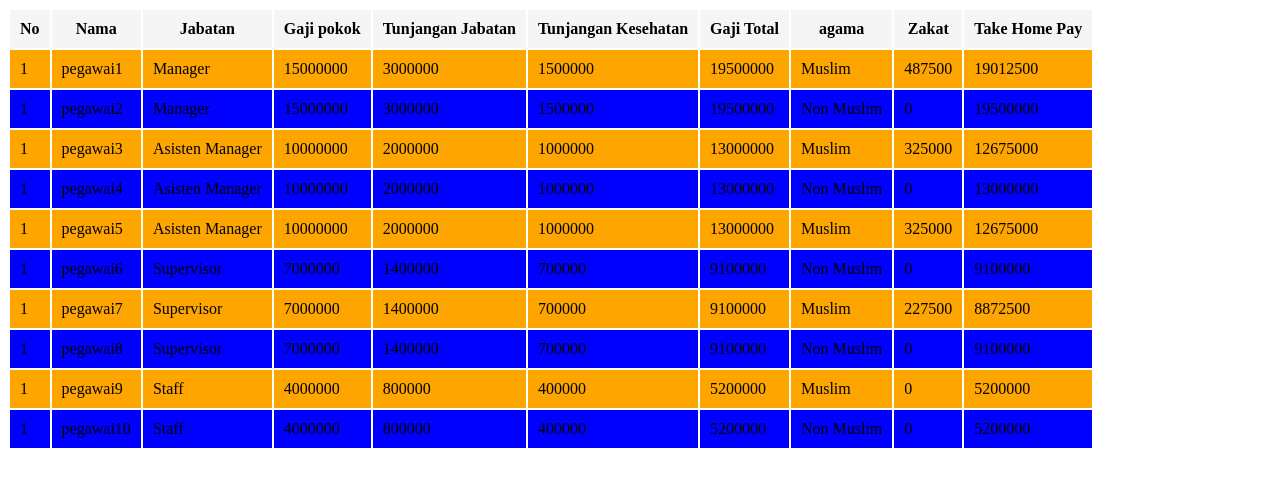
Repository: AHSANS354/Tugas-MSIB-5-GitHub
Page: tugasper3js.html
These files come from the project's save history. The page is drawn as it stood at one moment and after the next save; the edit follows.
The browser window is 1280 px wide. The pictures show the whole page.

Above is the page before, as saved 2023-09-10 13:43:12.

### tugasper3js.html
<style>
  th,
  td {
    padding: 10px;
  }
</style>
<table>
  <thead>
    <tr bgcolor="whitesmoke">
      <th>No</th>
      <th>Nama</th>
      <th>Jabatan</th>
      <th>Gaji pokok</th>
      <th>Tunjangan Jabatan</th>
      <th>Tunjangan Kesehatan</th>
      <th>Gaji Total</th>
      <th>agama</th>
      <th>Zakat</th>
      <th>Take Home Pay</th>
    </tr>
  </thead>
  <tbody>
    <script>
      let pegawai = ["pegawai1", "pegawai2", "pegawai3", "pegawai4", "pegawai5", "pegawai6", "pegawai7", "pegawai8", "pegawai9", "pegawai10"];

      for (var i = 0; i < pegawai.length; i++) {
        if (pegawai[i] == "pegawai1" || pegawai[i] == "pegawai2") jabatan = "Manager";
        else if (pegawai[i] == "pegawai3" || pegawai[i] == "pegawai4" || pegawai[i] == "pegawai5") jabatan = "Asisten Manager";
        else if (pegawai[i] == "pegawai6" || pegawai[i] == "pegawai7" || pegawai[i] == "pegawai8") jabatan = "Supervisor";
        else if (pegawai[i] == "pegawai9" || pegawai[i] == "pegawai10") jabatan = "Staff";
        else jabatan = "";

        switch (jabatan) {
          case "Manager":
            gapok = 15000000;
            break;
          case "Asisten Manager":
            gapok = 10000000;
            break;
          case "Supervisor":
            gapok = 7000000;
            break;
          case "Staff":
            gapok = 4000000;
            break;
          default:
            gapok = 0;
            break;
        }

        let tunjangan_jabatan = 0.2 * gapok;
        let tunjangan_kes = 0.1 * gapok;
        let gaji_kotor = gapok + tunjangan_jabatan + tunjangan_kes;
        let agama = i % 2 != 1 ? "Muslim" : "Non Muslim";
        let zakat = agama == "Muslim" && gaji_kotor >= 7000000 ? gaji_kotor * 0.025 : 0;
        let takehomepay = gaji_kotor - zakat;

        let no = 1;

        i % 2 != 1 ? document.write('<tr bgcolor="orange">') : document.write('<tr bgcolor="blue">');
        document.write(`<td>${no++}</td>`);
        document.write(`<td>${pegawai[i]}</td>`);
        document.write(`<td>${jabatan}</td>`);
        document.write(`<td>${gapok}</td>`);
        document.write(`<td>${tunjangan_jabatan}</td>`);
        document.write(`<td>${tunjangan_kes}</td>`);
        document.write(`<td>${gaji_kotor}</td>`);
        document.write(`<td>${agama}</td>`);
        document.write(`<td>${zakat}</td>`);
        document.write(`<td>${takehomepay}</td>
                    </tr>`);
      }
    </script>
  </tbody>
</table>

After the next save:
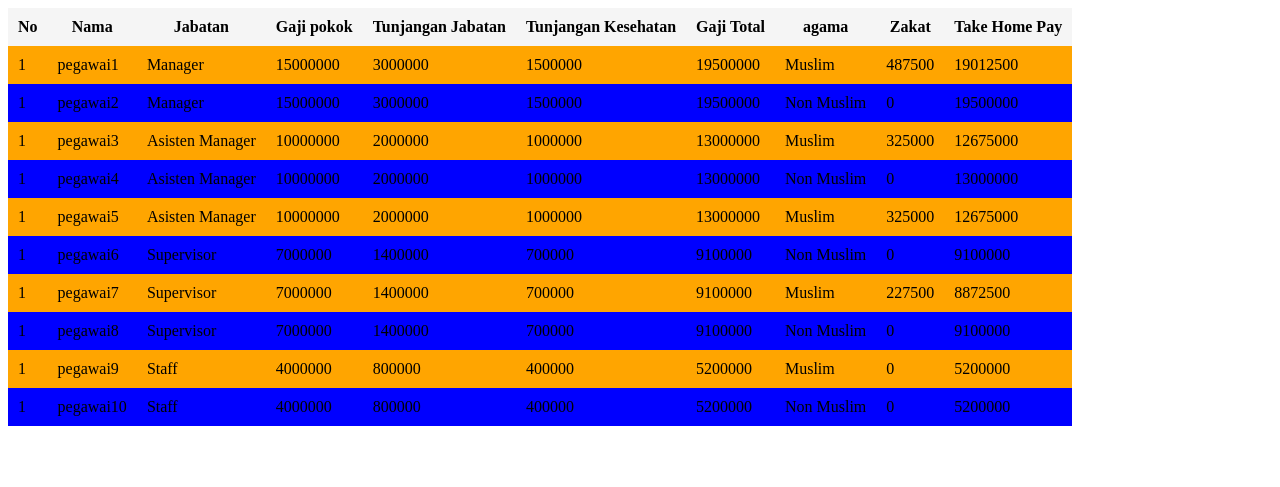
Saved 111 s later.
--- a/tugasper3js.html
+++ b/tugasper3js.html
@@ -2,6 +2,9 @@
   th,
   td {
     padding: 10px;
+  }
+  table {
+    border-collapse: collapse;
   }
 </style>
 <table>

After the save that followed:
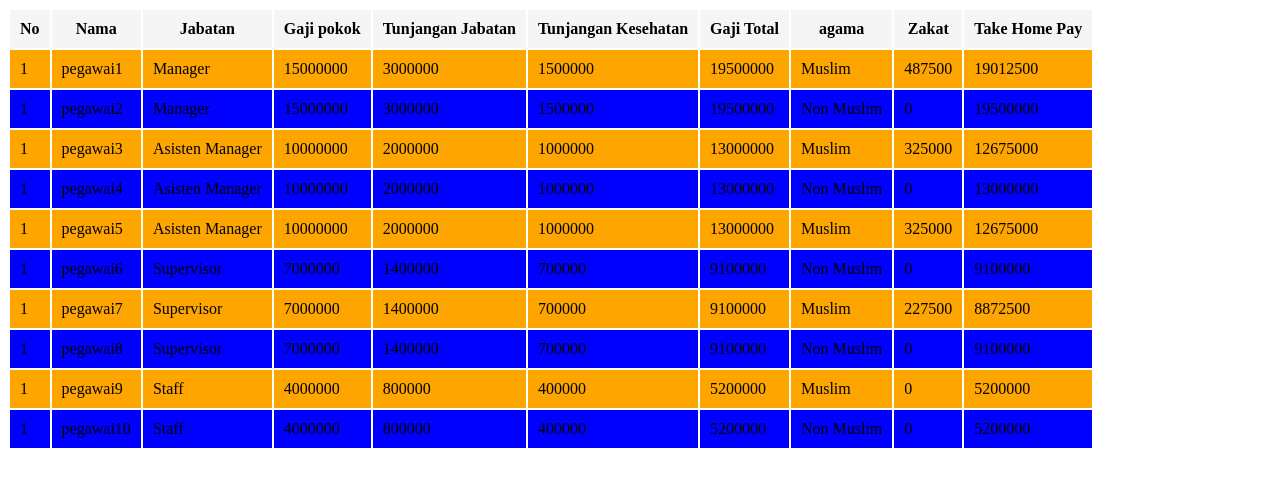
Saved 22 s later.
--- a/tugasper3js.html
+++ b/tugasper3js.html
@@ -4,7 +4,6 @@
     padding: 10px;
   }
   table {
-    border-collapse: collapse;
   }
 </style>
 <table>
